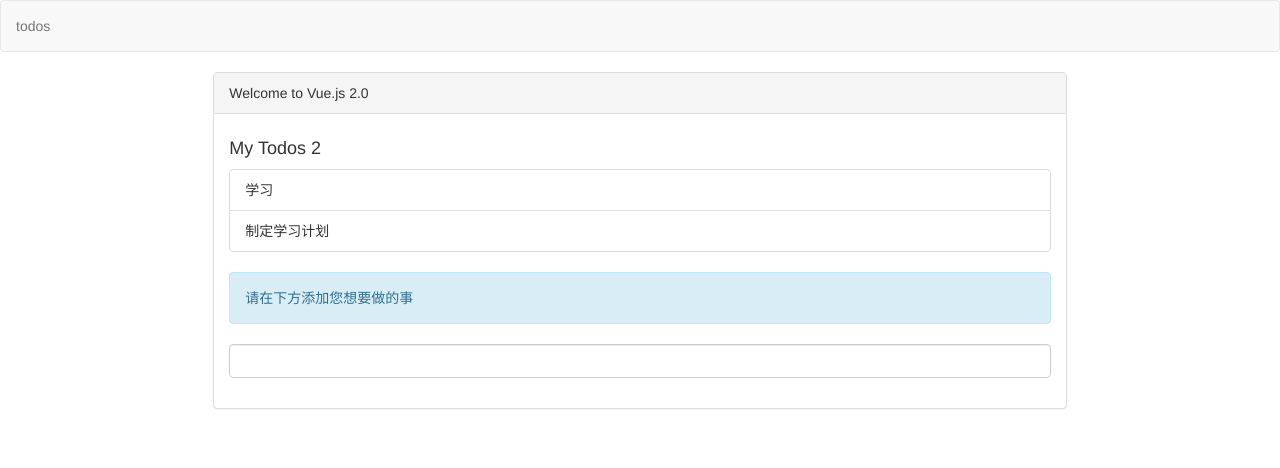
Repository: myr1111/todo
Page: Todoapp/index.html
These files come from the project's save history. The page is drawn as it stood at one moment and after a run of saves; the edit follows.
The browser window is 1280 px wide. The pictures show the whole page.

Above is the page before, as saved 2019-04-01 08:27:49.

### Todoapp/index.html
<!DOCTYPE html>
<html lang="en">
<head>
    <meta charset="UTF-8">
    <meta name="viewport" content="width=device-width, initial-scale=1.0">
    <meta http-equiv="X-UA-Compatible" content="ie=edge">
    <title>Document</title>
    <link rel="stylesheet" href="bootstrap.min.css">
    <script src="vue.min.js"></script>
</head>
<body>
    <nav class="navbar navbar-default">
        <p class="navbar-text">todos</p>
    </nav>
    <div id="app" class="container col-md-8 col-md-offset-2">
        <div class="row">
            <div class="panel panel-default">
                <div class=" panel-heading">Welcome to Vue.js 2.0</div>
                <div class="panel-body">
                    <h4>My Todos {{todosCount}}</h4>
                    <ul class="list-group">
                        <li class="list-group-item"
                            v-for="todo in todos"
                        >{{todo.title}}</li>
                    </ul>
                    <div class="alert alert-info">请在下方添加您想要做的事</div>
                    <form >
                        <div class="form-group">
                            <input type="text" class="form-control">
                        </div>
                        <div class="form-group">
                        </div>
                    </form>
                </div>
            </div>
        </div>
    </div>
    <script>
        new Vue({
            el : "#app",
            data : {
                todos : [
                    {title : "学习"},
                    {title : "制定学习计划"}
                ]
            },
            computed: {
                todosCount(){
                    return this.todos.length;
                }
            },
        });

    </script>
</body>
</html>

Loaded but not shown: Todoapp/bootstrap.min.css (library); Todoapp/vue.min.js (library)

After the next 3 saves:
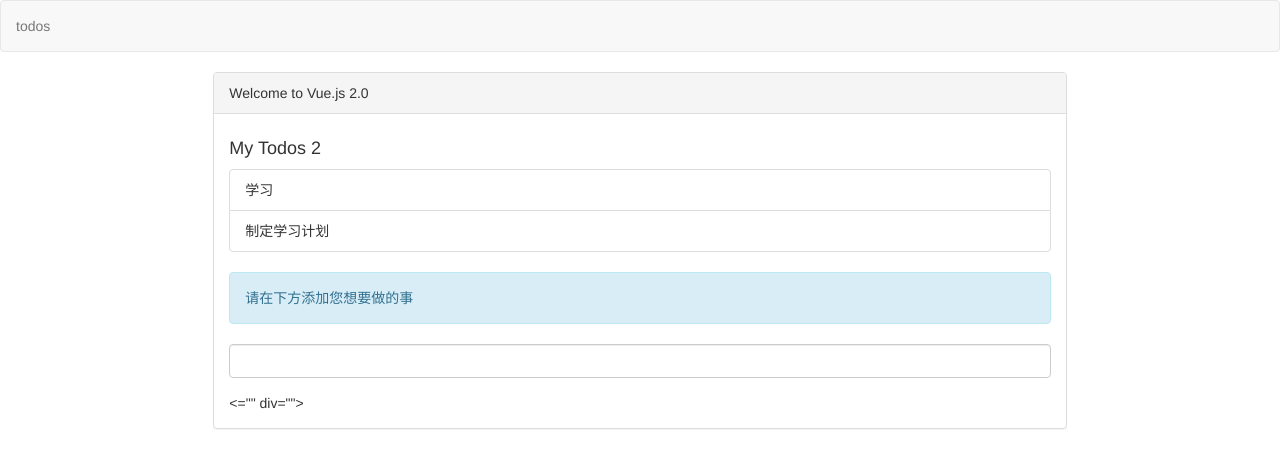
The 3 saves are shown as one change because they came seconds apart.
The last was saved 10 s later.
--- a/Todoapp/index.html
+++ b/Todoapp/index.html
@@ -28,7 +28,8 @@
                         <div class="form-group">
                             <input type="text" class="form-control">
                         </div>
-                        <div class="form-group">
+                        <div class="form-group"
+                            butt
                         </div>
                     </form>
                 </div>
